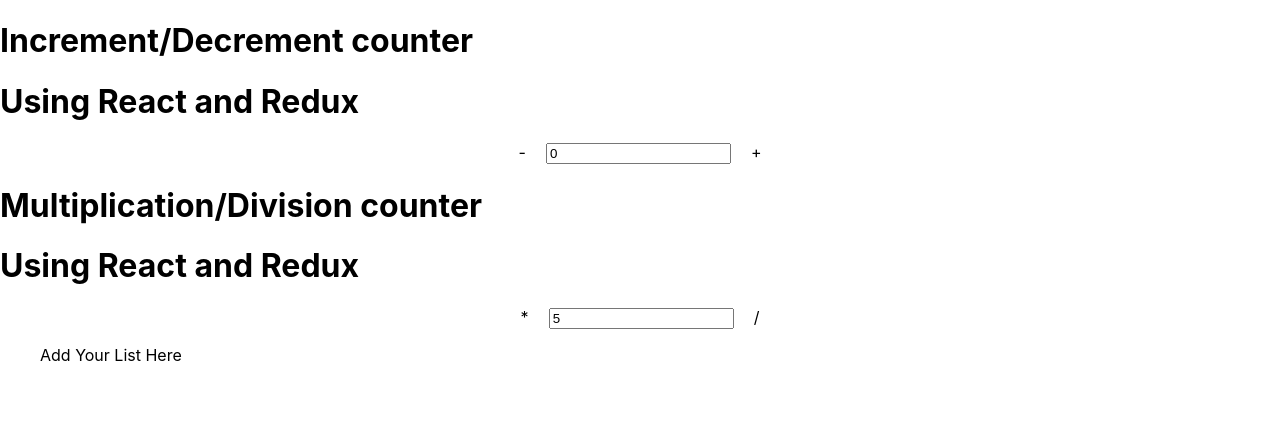
Repository: HiteshKumarMeghwar/react-redux-learning
Page: / (app in react-redux/)
These files come from the project's save history. The page is drawn as it stood at one moment and after a run of saves; the edit follows.
The browser window is 1280 px wide. The pictures show the whole page.
The project was rebuilt for these pictures with package versions that can differ from the ones it lists, and the page was loaded fresh each time.

Above is the page before, as saved 2023-03-14 10:57:11.

After the next 2 saves:
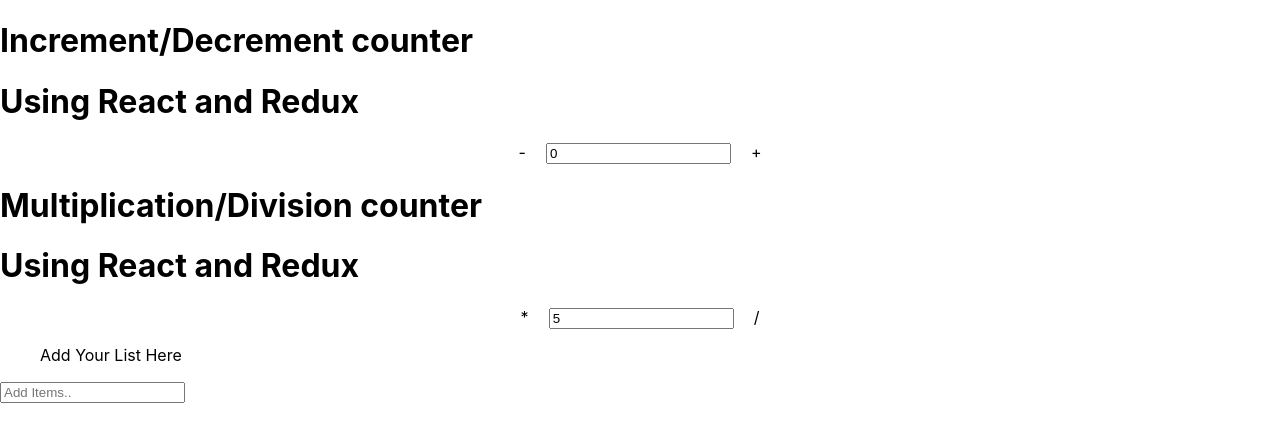
The 2 saves are shown as one change because 1 did not build or start.
The last was saved 26 s later.
--- a/react-redux/src/App.js
+++ b/react-redux/src/App.js
@@ -1,4 +1,5 @@
 import React from 'react'
+import Todo from './components/todo';
 import './App.css'
 import { useSelector, useDispatch } from 'react-redux';
 import {incNumber, decNumber, multNumber, divNumber} from './actions/index';
@@ -38,16 +39,7 @@
         </div>
       </div>
 
-      <div className='main-div'>
-        <div className='child-div'>
-          <figure>
-            <figcaption>Add Your List Here</figcaption>
-          </figure>
-          <div>
-
-          </div>
-        </div>
-      </div>
+      <Todo />
     </>
   )
 }
